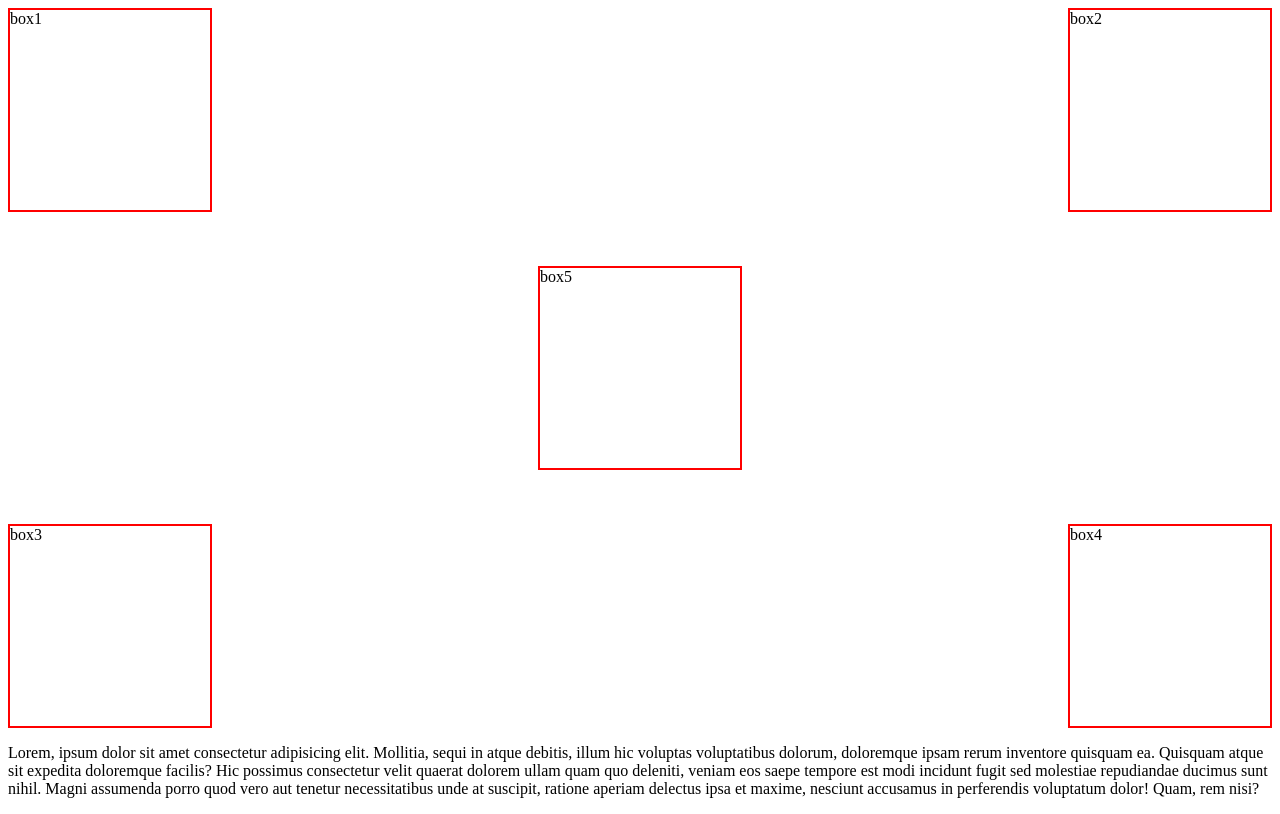
Repository: ABDUSALIMSUBAHIELBASHI/full-html-css-js
Page: Desktop/coding/css/index.html
An editor plug-in stored every save of this project. The page is shown before and after the next save, followed by the edit.
The browser window is 1280 px wide. The pictures show the whole page.

Above is the page before, as saved 2025-09-16 08:56:09.

After the next save:
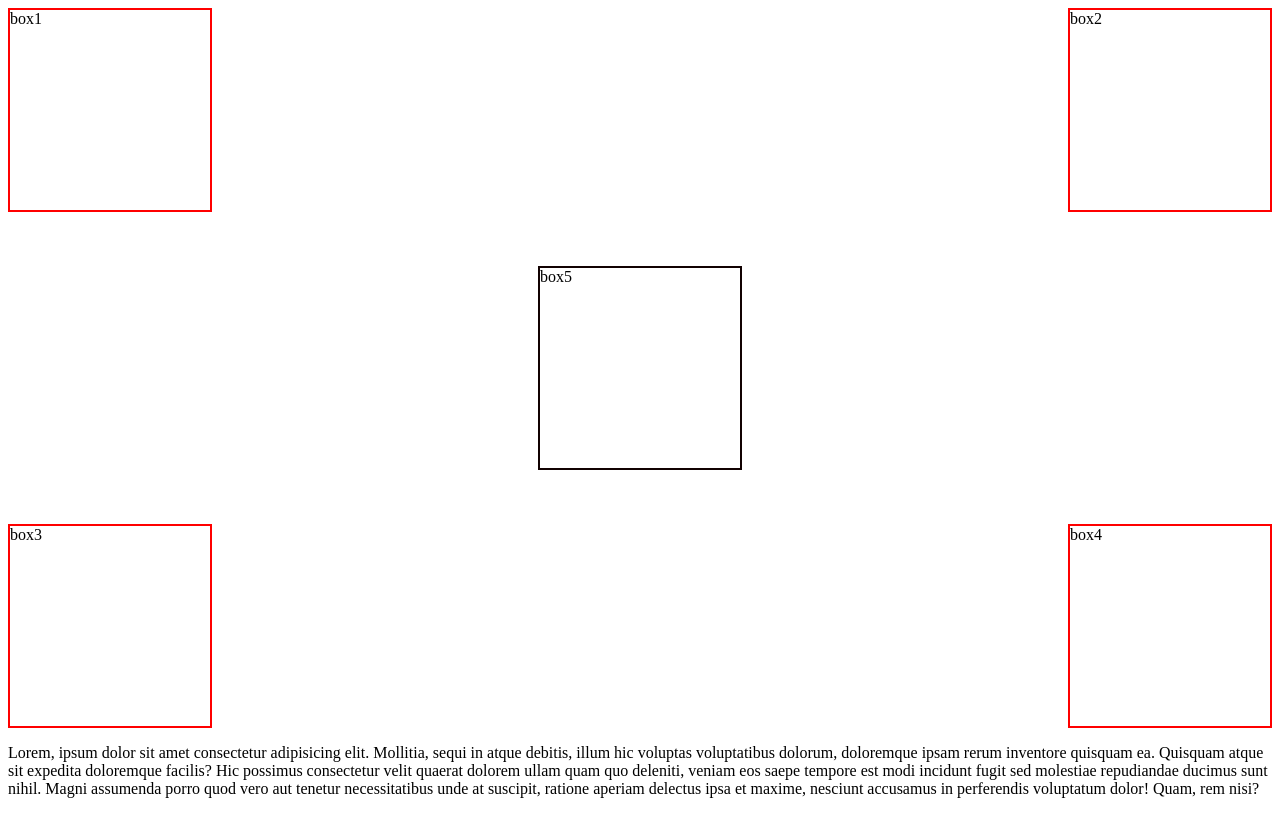
Saved 33 s later.
--- a/Desktop/coding/css/index.html
+++ b/Desktop/coding/css/index.html
@@ -47,7 +47,7 @@
         .box5 {
             width: 200px;
             height: 200px;
-            border: 2px solid red;
+            border: 2px solid #110101;
             position: absolute;
             top: 50%;
             left: 50%;
